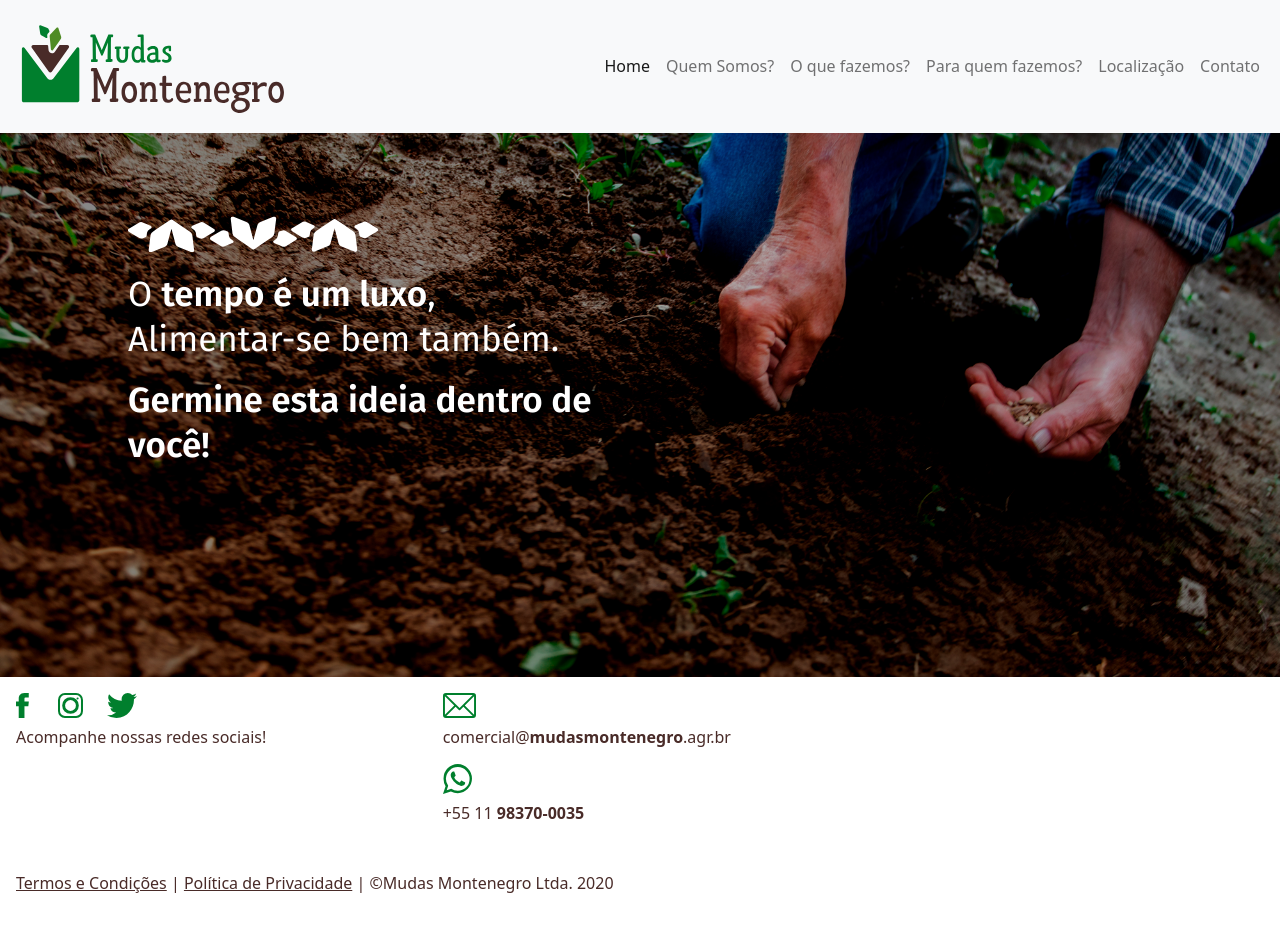
Repository: MaKnok/mudas-montenegro
Page: index.html
An editor plug-in stored every save of this project. The page is shown before and after the next save, followed by the edit.
The browser window is 1280 px wide. The pictures show the whole page.
Some web libraries are served in a nearby version.

Above is the page before, as saved 2021-06-18 12:03:11.

After the next save:
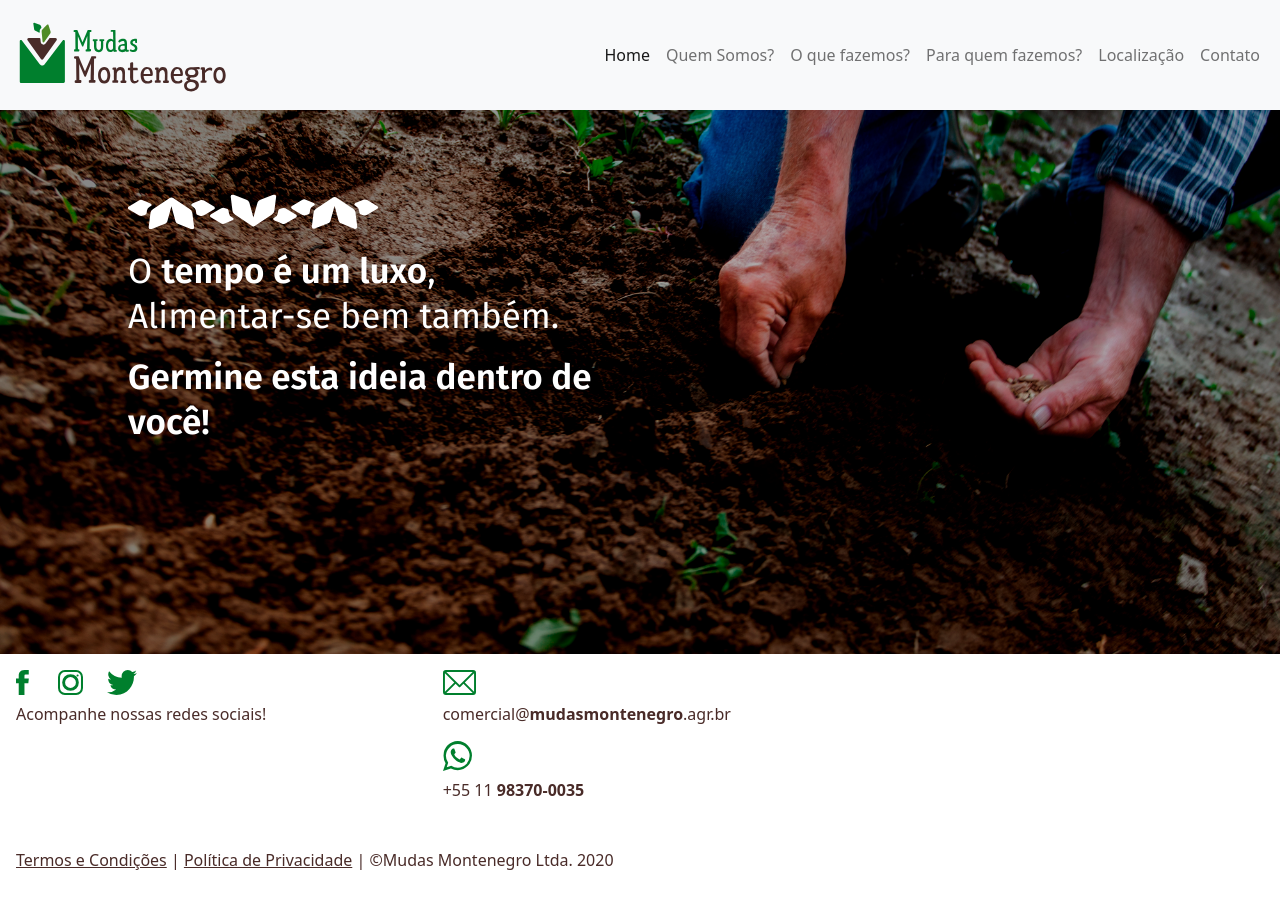
Saved 56 s later.
--- a/style.css
+++ b/style.css
@@ -23,7 +23,7 @@
   }
 
   .logo {
-    width: 280px;
+    width: 220px;
   }
 
   .phrase-home {
@@ -52,7 +52,7 @@
   }
 
   .logo {
-    width: 220px;
+    width: 200px;
   }
 
   .phrase-home {
@@ -94,7 +94,7 @@
   }
 
   .logo {
-    width: 220px;
+    width: 200px;
   }
 
   .pandemia {
